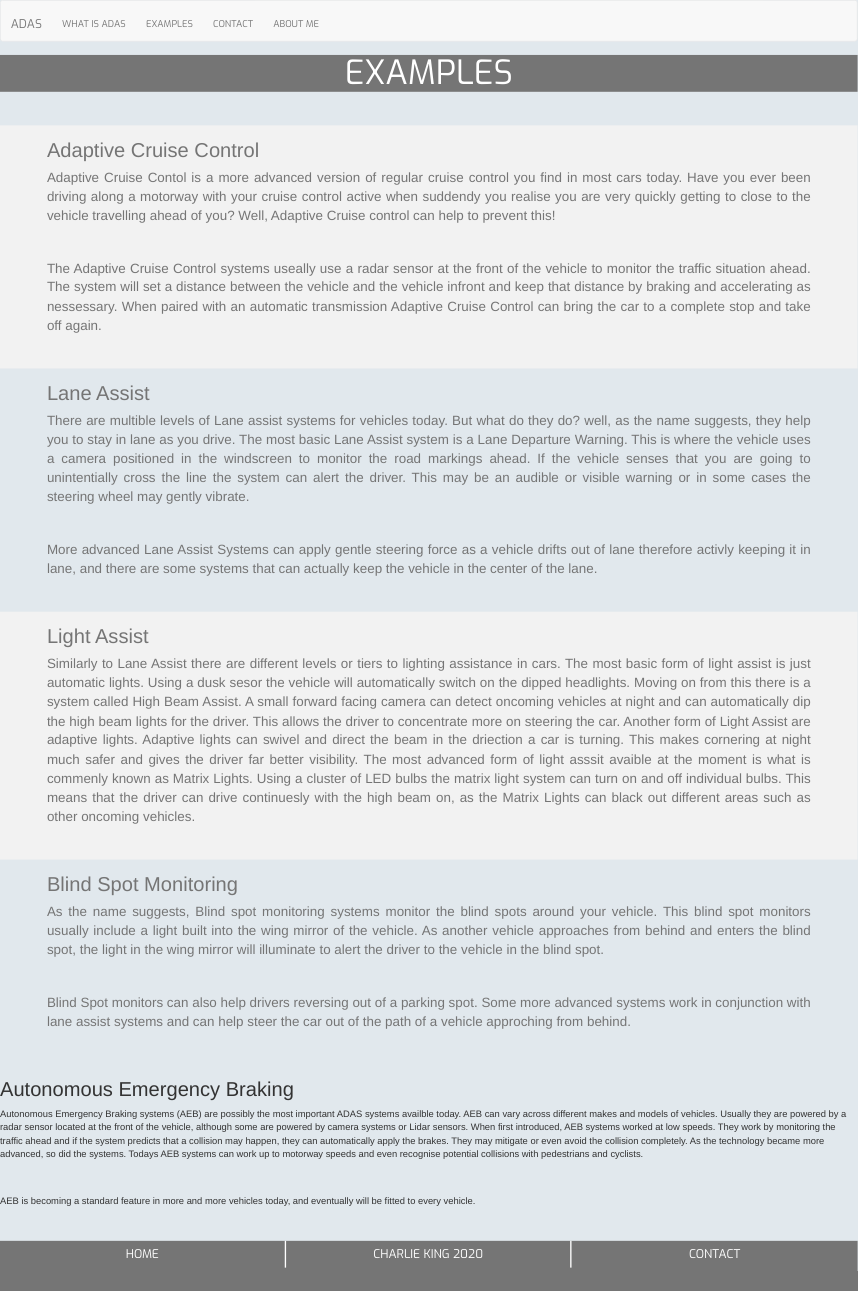
Repository: Cha-K28/First-Milestone-Project
Page: examples.html
The author's editor kept a record of every edit. The page is drawn from the files as they stood at one moment, then again after the next edit.
The browser window is 1280 px wide. The pictures show the whole page, at 67% of full size.

Above is the page before.

### examples.html
<!DOCTYPE html>
<html lang="en">

<head>
    <meta charset="utf-8">
    <meta name="viewport" content="width=device-width, initial-scale=1">
    <link rel="stylesheet" href="https://maxcdn.bootstrapcdn.com/bootstrap/3.4.1/css/bootstrap.min.css">
    <script src="https://ajax.googleapis.com/ajax/libs/jquery/3.4.1/jquery.min.js"></script>
    <script src="https://maxcdn.bootstrapcdn.com/bootstrap/3.4.1/js/bootstrap.min.js"></script>
    <link href="https://fonts.googleapis.com/css?family=Exo&display=swap" rel="stylesheet">

    <link rel="stylesheet" href="css/style.css" type="text/css" />
    <title>ADAS - What is it?</title>
</head>

<body>
    <!-- header  -->
    <header>
        <nav class="navbar navbar-default">
            <div class="container-fluid">
                <div class="navbar-header">

                    <button type="button" class="navbar-toggle" data-toggle="collapse" data-target="#myNavbar">
                        <span class="icon-bar"></span>
                        <span class="icon-bar"></span>
                        <span class="icon-bar"></span>
                    </button>

                    <a class="navbar-brand" href="index.html">ADAS</a>
                </div>
                <div class="collapse navbar-collapse" id="myNavbar">
                    <ul class="nav navbar-nav">
                        <li><a href="what_is_adas.html">What is ADAS</a></li>
                        <li><a href="examples.html">Examples</a></li>
                        <li><a href="contact.html">Contact</a></li>
                        <li><a href="about_me.html">About Me</a></li>
                    </ul>
                </div>
        </nav>
    </header>
    <!-- End header  -->

    <h1>Examples</h1>


    <div class="bright_background">
        <div class="container">

            <div>

                <h2>Adaptive Cruise Control</h2>
                <p>
                    Adaptive Cruise Contol is a more advanced version of regular cruise control you find in most cars today. Have you ever been driving along a motorway with your cruise control active when suddendy you realise you are very quickly getting to close to the
                    vehicle travelling ahead of you? Well, Adaptive Cruise control can help to prevent this!
                </p>
                <p>
                    The Adaptive Cruise Control systems useally use a radar sensor at the front of the vehicle to monitor the traffic situation ahead. The system will set a distance between the vehicle and the vehicle infront and keep that distance by braking and accelerating
                    as nessessary. When paired with an automatic transmission Adaptive Cruise Control can bring the car to a complete stop and take off again.
                </p>
            </div>

        </div>
    </div>

    <div class="container">

        <h2>Lane Assist</h2>

        <p>
            There are multible levels of Lane assist systems for vehicles today. But what do they do? well, as the name suggests, they help you to stay in lane as you drive. The most basic Lane Assist system is a Lane Departure Warning. This is where the vehicle
            uses a camera positioned in the windscreen to monitor the road markings ahead. If the vehicle senses that you are going to unintentially cross the line the system can alert the driver. This may be an audible or visible warning or in some cases
            the steering wheel may gently vibrate.
        </p>

        <p>
            More advanced Lane Assist Systems can apply gentle steering force as a vehicle drifts out of lane therefore activly keeping it in lane, and there are some systems that can actually keep the vehicle in the center of the lane.
        </p>

    </div>



    <div class="bright_background">

        <div class="container">

            <div>
                <h2>Light Assist</h2>
                <p>
                    Similarly to Lane Assist there are different levels or tiers to lighting assistance in cars. The most basic form of light assist is just automatic lights. Using a dusk sesor the vehicle will automatically switch on the dipped headlights. Moving on from
                    this there is a system called High Beam Assist. A small forward facing camera can detect oncoming vehicles at night and can automatically dip the high beam lights for the driver. This allows the driver to concentrate more on steering
                    the car. Another form of Light Assist are adaptive lights. Adaptive lights can swivel and direct the beam in the driection a car is turning. This makes cornering at night much safer and gives the driver far better visibility. The most
                    advanced form of light asssit avaible at the moment is what is commenly known as Matrix Lights. Using a cluster of LED bulbs the matrix light system can turn on and off individual bulbs. This means that the driver can drive continuesly
                    with the high beam on, as the Matrix Lights can black out different areas such as other oncoming vehicles.

                </p>
            </div>

        </div>

    </div>

    <div class="container">

        <h2>Blind Spot Monitoring</h2>
        <p>
            As the name suggests, Blind spot monitoring systems monitor the blind spots around your vehicle. This blind spot monitors usually include a light built into the wing mirror of the vehicle. As another vehicle approaches from behind and enters the blind
            spot, the light in the wing mirror will illuminate to alert the driver to the vehicle in the blind spot.
        </p>
        <p>
            Blind Spot monitors can also help drivers reversing out of a parking spot. Some more advanced systems work in conjunction with lane assist systems and can help steer the car out of the path of a vehicle approching from behind.
        </p>

    </div>


    <div>
        <h2>Autonomous Emergency Braking</h2>
        <p>
            Autonomous Emergency Braking systems (AEB) are possibly the most important ADAS systems availble today. AEB can vary across different makes and models of vehicles. Usually they are powered by a radar sensor located at the front of the vehicle, although
            some are powered by camera systems or Lidar sensors. When first introduced, AEB systems worked at low speeds. They work by monitoring the traffic ahead and if the system predicts that a collision may happen, they can automatically apply the
            brakes. They may mitigate or even avoid the collision completely. As the technology became more advanced, so did the systems. Todays AEB systems can work up to motorway speeds and even recognise potential collisions with pedestrians and cyclists.
        </p>
        <p>
            AEB is becoming a standard feature in more and more vehicles today, and eventually will be fitted to every vehicle.
        </p>
    </div>

    </div>


    <!-- footer -->
    <footer class="container-fluid">
        <div class="row">
            <div class="footer_background">
                <div class="col-sm-4 footer_box">
                    <h4><a href="index.html">Home</a></h4>
                </div>
                <div class="col-sm-4 footer_box">
                    <h4>Charlie King 2020</h4>

                </div>

                <div class="col-sm-4">
                    <h4><a href="contact.html">Contact</a></h4>

                </div>
            </div>
        </div>



    </footer>

    <!-- End footer -->

</body>

</html>

### css/style.css
body {
  background-color: #e1e8ed;
}



.container {

  font-size: 20px;
  color: #757575;
  text-align: justify;

}

.back-image {
  height: 100%;
  width: 100%;
  padding: 0px;
  border: solid 10px #53f2dd;
  border-radius: 50px;
  margin: 50px 10px 50px 10px;
}

.background-image {
  background-image: url(../images/background.png);
  background-size: cover;
  height: 500px;
  width: auto;
  background-position: center;
  background-repeat: no-repeat;
  margin-bottom: 50px;

}

p {
  margin-bottom: 50px;
}



img {

  margin-left: 75px;
  width: 300px;
  height: 200px;
  border: solid;

}

.bright_background {
  background-color: #f2f2f2;
}


button {
  margin-bottom: 15px;
  border-radius: 25px;
  color: white;
  background-color: #757575;



}


/* ---------------------------------- contact form */

input[type=email] {
  width: 100%;
  background-color: white;
  color: #757575;
  padding: 10px 20px;
  margin: 8px 0;
  border: solid #757575 1px;
  border-radius: 4px;
  cursor: pointer;

}

input[type=text] {
  width: 100%;
  background-color: white;
  color: #757575;
  padding: 10px 20px;
  margin: 8px 0;
  border: solid #757575 1px;
  border-radius: 4px;
  cursor: pointer;

}

input[type=submit] {
  width: 100px;
  height: 30px;
  border-radius: 25%;
  border: solid #757575 1px;
  margin-top: 10px;
  color: white;
  background-color: #757575;
  margin-bottom: 10px;

}

/* ----------------------------------------- Contat Form */



/* ----------------------------footer */

.footer {
  margin-top: 50px ;
}


.footer_background {
  background-color: #757575;
  height: 75px;
  position: relative;
  width: 100%;


}

h4,
a {
  margin-top: 10px;
  text-align: center;
  font-family: 'Exo', sans-serif;
  color: white;
  text-transform: uppercase;
}



@media (Min-Width:768px) {

  .footer_box {
  border-right: solid 2px white;
  }

}




h1 {
  margin-bottom: 50px;
  text-align: center;
  text-transform: uppercase;
  font-size: 50px;
  font-family: 'Exo', sans-serif;
  background-color: #757575;
  color: white;

}

/* ------------------------------footer */

After the next edit:
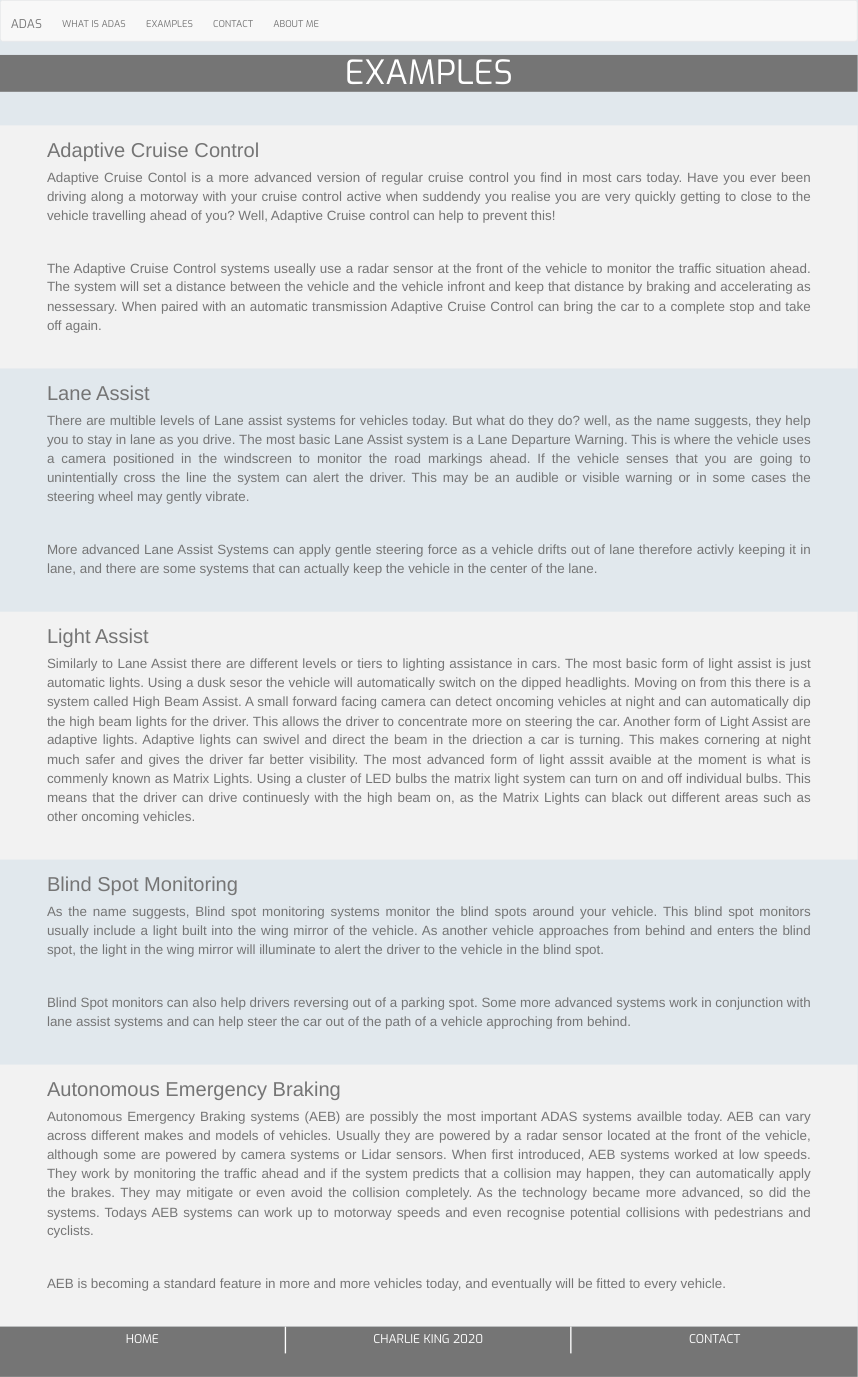
The edit:
--- a/examples.html
+++ b/examples.html
@@ -114,8 +114,10 @@
     </div>
 
 
-    <div>
-        <h2>Autonomous Emergency Braking</h2>
+    <div class="bright_background">
+
+        <div class="container">
+            <h2>Autonomous Emergency Braking</h2>
         <p>
             Autonomous Emergency Braking systems (AEB) are possibly the most important ADAS systems availble today. AEB can vary across different makes and models of vehicles. Usually they are powered by a radar sensor located at the front of the vehicle, although
             some are powered by camera systems or Lidar sensors. When first introduced, AEB systems worked at low speeds. They work by monitoring the traffic ahead and if the system predicts that a collision may happen, they can automatically apply the
